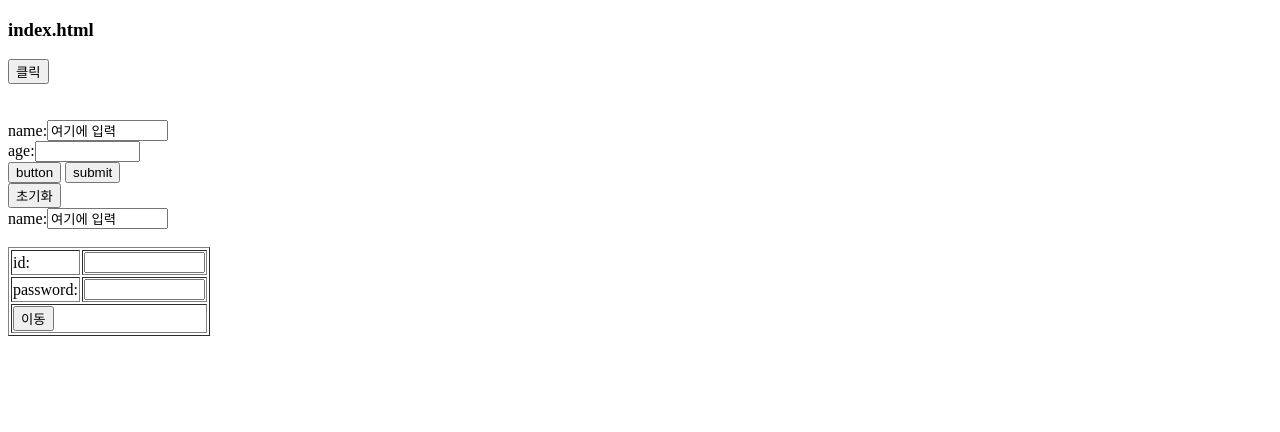
Repository: Jv2020/bitcamp
Page: html/sample04/WebContent/index.html
The author's editor kept a copy of each file at every save. The page is drawn from the files as they stood at one save, then again after the next save.
The browser window is 1280 px wide. The pictures show the whole page.

Above is the page before, as saved 2020-01-03 02:45:18.

### html/sample04/WebContent/index.html
<!DOCTYPE html>
<html>
<head>
<meta charset="UTF-8">
<title>Insert title here</title>
</head>
<body>

<!--
	link -> anchor <a href="이동하고 싶은 파일 또는 URL">표시문자열 이미지</a>
-->

<!--

form
event resource와 같이 많이 사용.
입력데이터 등을 전송할 수 있다.

	id		: # 현재 페이지에서 1개만 인식 (중복x), JacaScript(=JQery)
	class	: . 다중 인식. CSS()
	name	: link용. 값을 전송. 변수의 역할

-->


<!--

<form action="이동하고 싶은 파일 또는 주소 or 파일명"> submit
	입력 리소스
	<input type="submit" value="클릭">
</form>

-->
<h3>index.html</h3>
<form action="NewFile.html">
	<input type="submit" value="클릭">
</form>

<br><br>

<!--
	input : button(submit), checkbox, radio, textfield ...
-->
<form action="NewFile.html">
   name:<input type="text" value="여기에 입력" size="12">
   <br>
   age:<input type="text" value="" size="10">
   <br>
   <input type="submit" value="button">
   <input type="submit" value="submit">
   <br>
   <input type="reset" value="초기화">
</form>

name:<input type="text" value="여기에 입력" size="12">

<br><br>

<form action="NewFile.jsp">
	<table border="1">
		<tr>
			<td>id:</td>
			<td><input type="text" name="id" value="" size="12"></td>
		</tr>
		<tr>
			<td>password:</td>
			<td><input type = "password" name="pwd" size="12"></td>
		</tr>
		<tr>
			<td colspan="2"><input type="submit" value="이동"></td>
		</tr>
	</table>
</form>


</body>
</html>

After the next save:
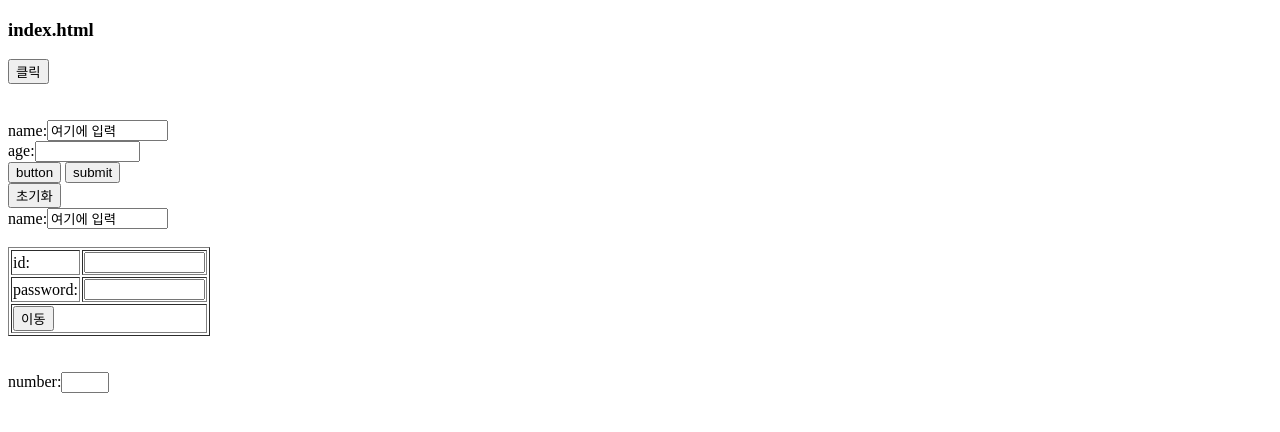
Saved 3 min 34 s later.
--- a/html/sample04/WebContent/index.html
+++ b/html/sample04/WebContent/index.html
@@ -72,6 +72,14 @@ name:<input type="text" value="여기에 입력" size="12">
 	</table>
 </form>
 
+<br><br>
+
+<!-- html5 -->
+<form action="">
+	number:<input type="number" max="5" min="1">
+
+</form>
+
 
 </body>
 </html>
